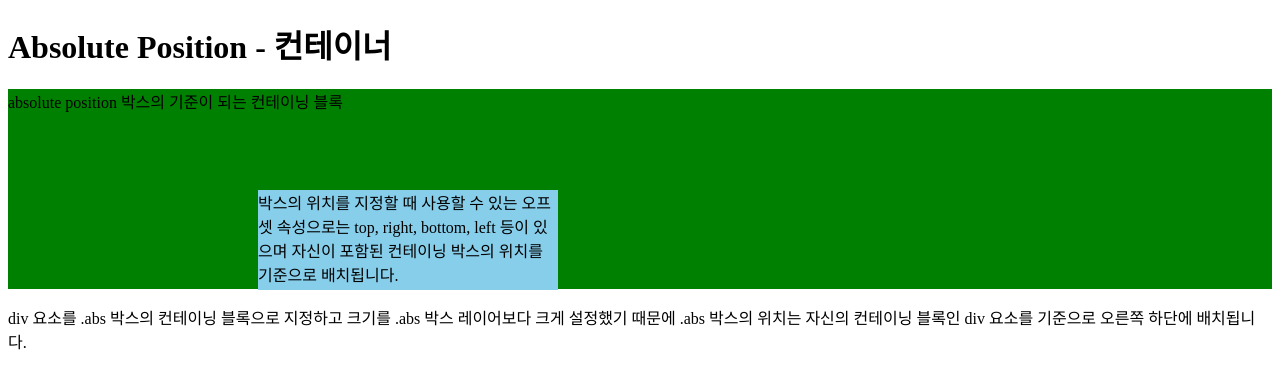
Repository: gus-123/Edu_KCC_HTML
Page: CSS/WebContent/css_exam06.html
These files come from the project's save history. The page is drawn as it stood at one moment and after the next save; the edit follows.
The browser window is 1280 px wide. The pictures show the whole page.

Above is the page before, as saved 2024-07-09 05:38:01.

### CSS/WebContent/css_exam06.html
<!DOCTYPE html PUBLIC "-//W3C//DTD XHTML 1.0 Transitional//EN" "http://www.w3.org/TR/xhtml1/DTD/xhtml1-transitional.dtd">
<html xmlns="http://www.w3.org/1999/xhtml" xml:lang="ko">
<head>
<title>absolute position의 컨테이닝 박스</title>
<meta http-equiv="content-type" content="text/html; charset=euc-kr" />
<style type="text/css">
div {
	width: 100%;
	height: 200px;
	position: relative;
	background-color: green;
}

p.abs {
	width: 300px;
	height: 100px;
	position: absolute;
	background-color: skyblue;
	top: 85px;
	left: 250px;
}
</style>
</head>
<body>
	<h1>Absolute Position - 컨테이너</h1>
	<div>
		<p>absolute position 박스의 기준이 되는 컨테이닝 블록</p>
		<p class="abs">박스의 위치를 지정할 때 사용할 수 있는 오프셋 속성으로는 top, right,
			bottom, left 등이 있으며 자신이 포함된 컨테이닝 박스의 위치를 기준으로 배치됩니다.</p>
	</div>
	<p>div 요소를 .abs 박스의 컨테이닝 블록으로 지정하고 크기를 .abs 박스 레이어보다 크게 설정했기 때문에
		.abs 박스의 위치는 자신의 컨테이닝 블록인 div 요소를 기준으로 오른쪽 하단에 배치됩니다.</p>
</body>
</html>

After the next save:
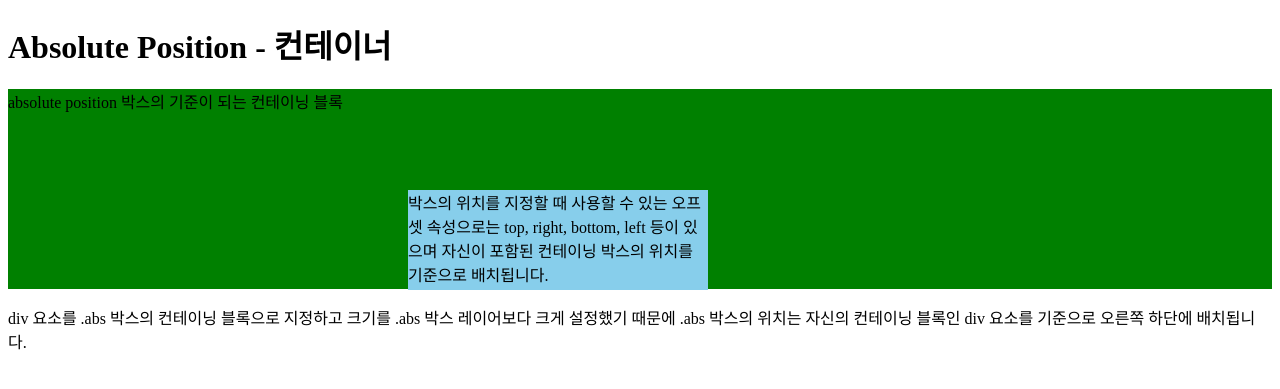
Saved 6 s later.
--- a/CSS/WebContent/css_exam06.html
+++ b/CSS/WebContent/css_exam06.html
@@ -17,7 +17,7 @@ p.abs {
 	position: absolute;
 	background-color: skyblue;
 	top: 85px;
-	left: 250px;
+	left: 400px;
 }
 </style>
 </head>
